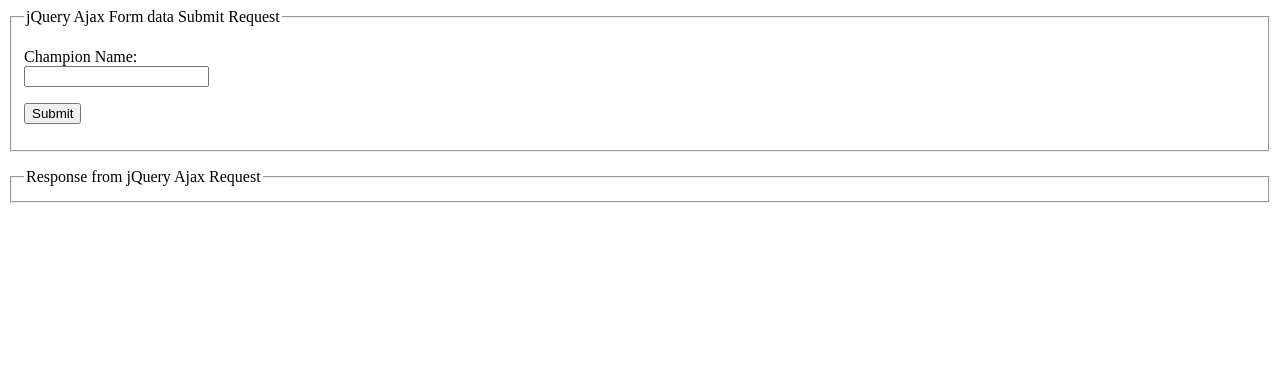
Repository: spencer-carver/lol-db
Page: LOLdb/war/index.html
The author's editor kept a copy of each file at every save. The page is drawn from the files as they stood at one save, then again after the next save.
The browser window is 1280 px wide. The pictures show the whole page.
Some web libraries are served in a nearby version.

Above is the page before, as saved 2013-01-31 07:53:23.

### LOLdb/war/index.html
<html>
<head>
    <title>jQuery Ajax POST data Request and Response Example</title>

    <link href="http://ajax.googleapis.com/ajax/libs/jqueryui/1.8/themes/base/jquery-ui.css" rel="stylesheet" type="text/css" />

    <script src="http://ajax.googleapis.com/ajax/libs/jquery/1.7.2/jquery.js" type="text/javascript"></script>
    <script src="http://ajax.googleapis.com/ajax/libs/jqueryui/1.8/jquery-ui.min.js" type="text/javascript"></script>
    <script type="text/javascript" src="app.js"></script>

</head>
<body>

    <form id="myAjaxRequestForm">
        <fieldset>
            <legend>jQuery Ajax Form data Submit Request</legend>

                <p>
                    <label for="championName">Champion Name:</label><br />
                    <input id="championName" type="text" name="championName" />
                </p>
                <p>
                	<div id="championDropdown"></div>
                </p>
                <p>
                    <input id="myButton" type="button" value="Submit" />
                </p>
        </fieldset>
    </form>
    <div id="anotherSection">
        <fieldset>
            <legend>Response from jQuery Ajax Request</legend>
                 <div id="ajaxResponse"></div>
        </fieldset>
    </div>

</body>
</html>

### LOLdb/war/app.js
$(document).ready(function() {

    //Stops the submit request
    $("#myAjaxRequestForm").submit(function(e){
           e.preventDefault();
    });

    //checks for the button click event
    $("#myButton").click(function(e){

            //get the form data and then serialize that
            dataString = $("#myAjaxRequestForm").serialize();

            //get the form data using another method
            var championName = $("input#championName").val();
            dataString = "championName=" + championName;

            //make the AJAX request, dataType is set to json
            //meaning we are expecting JSON data in response from the server
            $.ajax({
                type: "POST",
                url: "ChampionInfo",
                data: dataString,
                dataType: "json",

                //if received a response from the server
                success: function( data, textStatus, jqXHR) {
                    //our country code was correct so we have some information to display
                     if(data.success){
                         $("#ajaxResponse").html("");
                         $("#ajaxResponse").append("<img src=\"" + data.championInfo.mImagePath + "\"></img><br/>");
                         $("#ajaxResponse").append("<b>Champion Name:</b> " + data.championInfo.mName + "<br/>");
                         $("#ajaxResponse").append("<b>Health:</b> " + data.championInfo.mHealth + "<br/>");
                         $("#ajaxResponse").append("<b>Health Per Level:</b> " + data.championInfo.mHealthPerLevel + "<br/>");
                         $("#ajaxResponse").append("<b>Health Regen:</b> " + data.championInfo.mHealthRegen + "<br/>");
                         $("#ajaxResponse").append("<b>Health Regen Per Level:</b> " + data.championInfo.mHealthRegenPerLevel + "<br/>");
                         $("#ajaxResponse").append("<b>Mana:</b> " + data.championInfo.mMana + "<br/>");
                         $("#ajaxResponse").append("<b>Mana Per Level:</b> " + data.championInfo.mManaPerLevel + "<br/>");
                         $("#ajaxResponse").append("<b>Mana Regen:</b> " + data.championInfo.mManaRegen + "<br/>");
                         $("#ajaxResponse").append("<b>Mana Regen Per Level:</b> " + data.championInfo.mManaRegenPerLevel + "<br/>");
                         $("#ajaxResponse").append("<b>Damage:</b> " + data.championInfo.mDamage + "<br/>");
                         $("#ajaxResponse").append("<b>Damage Per Level:</b> " + data.championInfo.mDamagePerLevel + "<br/>");
                         $("#ajaxResponse").append("<b>Attack Speed:</b> " + data.championInfo.mAttackSpeed + "<br/>");
                         $("#ajaxResponse").append("<b>Attack Speed Per Level:</b> " + data.championInfo.mAttackSpeedPerLevel + "<br/>");
                         $("#ajaxResponse").append("<b>Armor:</b> " + data.championInfo.mArmor + "<br/>");
                         $("#ajaxResponse").append("<b>Armor Per Level:</b> " + data.championInfo.mArmorPerLevel + "<br/>");
                         $("#ajaxResponse").append("<b>Magic Resist:</b> " + data.championInfo.mMagicResist + "<br/>");
                         $("#ajaxResponse").append("<b>Magic Resist Per Level:</b> " + data.championInfo.mMagicResistPerLevel + "<br/>");
                         $("#ajaxResponse").append("<b>Movement Speed:</b> " + data.championInfo.mMoveSpeed + "<br/>");
                         $("#ajaxResponse").append("<b>Attack Range:</b> " + data.championInfo.mAttackRange+ "<br/>");
                     }
                     //display error message
                     else {
                         $("#ajaxResponse").html("<div><b>Champion Name is Invalid!</b></div>");
                     }
                },

                //If there was no resonse from the server
                error: function(jqXHR, textStatus, errorThrown){
                     console.log("Something really bad happened " + textStatus);
                      $("#ajaxResponse").html(jqXHR.responseText);
                },

                //capture the request before it was sent to server
                beforeSend: function(jqXHR, settings){
                    //adding some Dummy data to the request
                    settings.data += "&dummyData=whatever";
                    //disable the button until we get the response
                    $('#myButton').attr("disabled", true);
                },

                //this is called after the response or error functions are finsihed
                //so that we can take some action
                complete: function(jqXHR, textStatus){
                    //enable the button
                    $('#myButton').attr("disabled", false);
                }

            });
    });

});

After the next save:
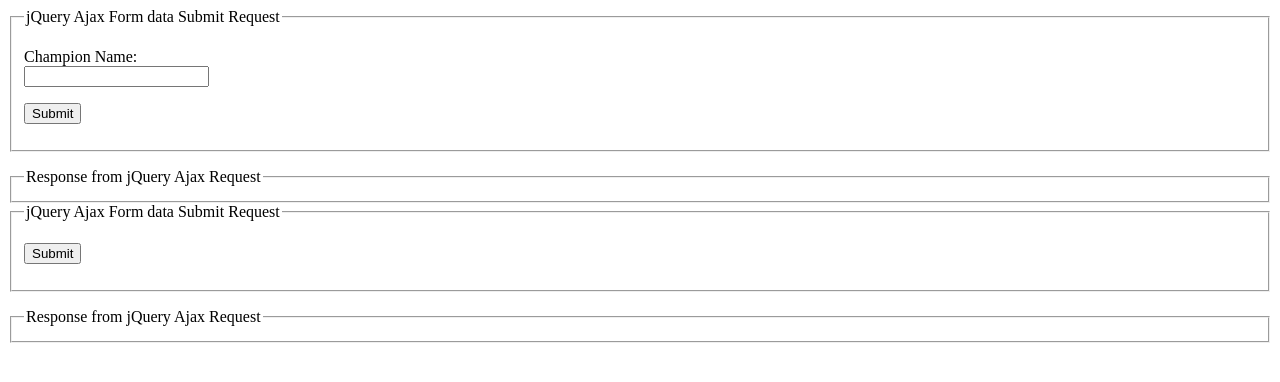
Saved 17 min 48 s later.
--- a/LOLdb/war/index.html
+++ b/LOLdb/war/index.html
@@ -20,9 +20,6 @@
                     <input id="championName" type="text" name="championName" />
                 </p>
                 <p>
-                	<div id="championDropdown"></div>
-                </p>
-                <p>
                     <input id="myButton" type="button" value="Submit" />
                 </p>
         </fieldset>
@@ -34,5 +31,24 @@
         </fieldset>
     </div>
 
+     <form id="myAjaxRequestForm2">
+        <fieldset>
+            <legend>jQuery Ajax Form data Submit Request</legend>
+
+                <p>
+                	<div id="championDropdown"></div>
+                </p>
+                <p>
+                    <input id="myButton2" type="button" value="Submit" />
+                </p>
+        </fieldset>
+    </form>
+    <div id="anotherSection2">
+        <fieldset>
+            <legend>Response from jQuery Ajax Request</legend>
+                 <div id="ajaxResponse2"></div>
+        </fieldset>
+    </div>
+
 </body>
 </html>
